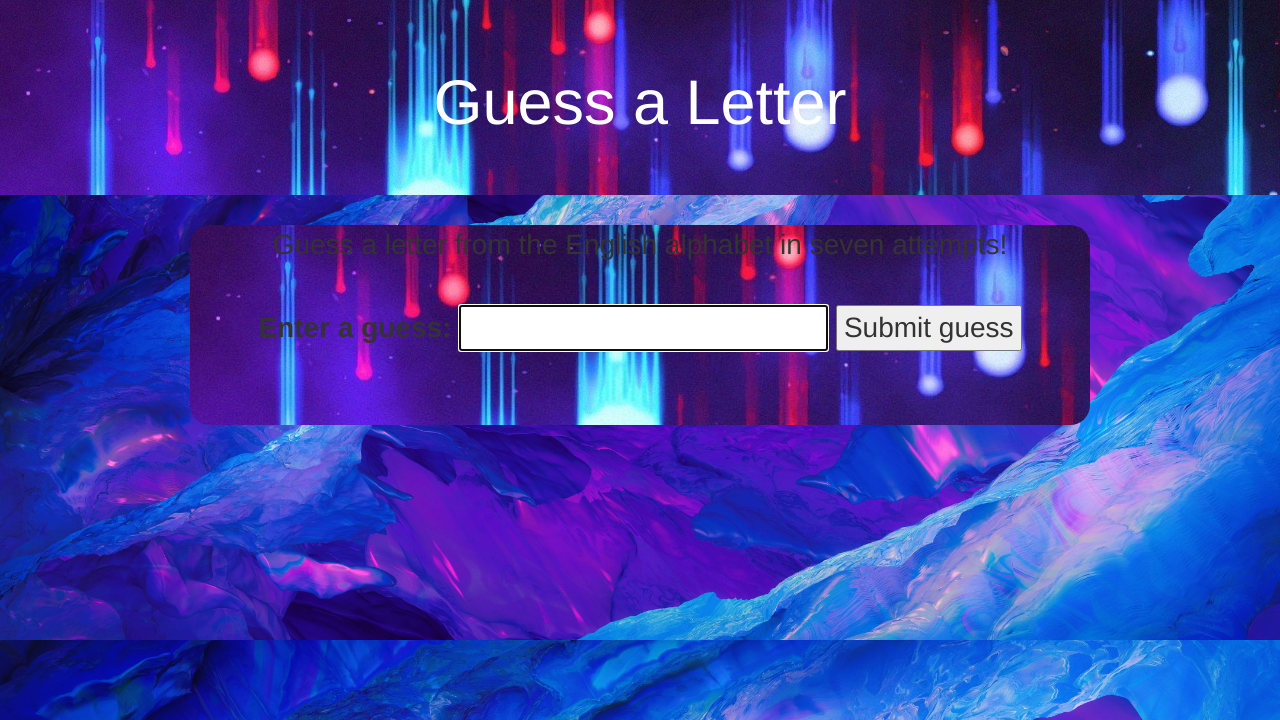
Repository: EricG831/a1
Page: a2/index.html
The author's editor kept a record of every edit. The page is drawn from the files as they stood at one moment, then again after the next edit.
The browser window is 1280 px wide. The pictures show the whole page.

Above is the page before.

After the next edit:
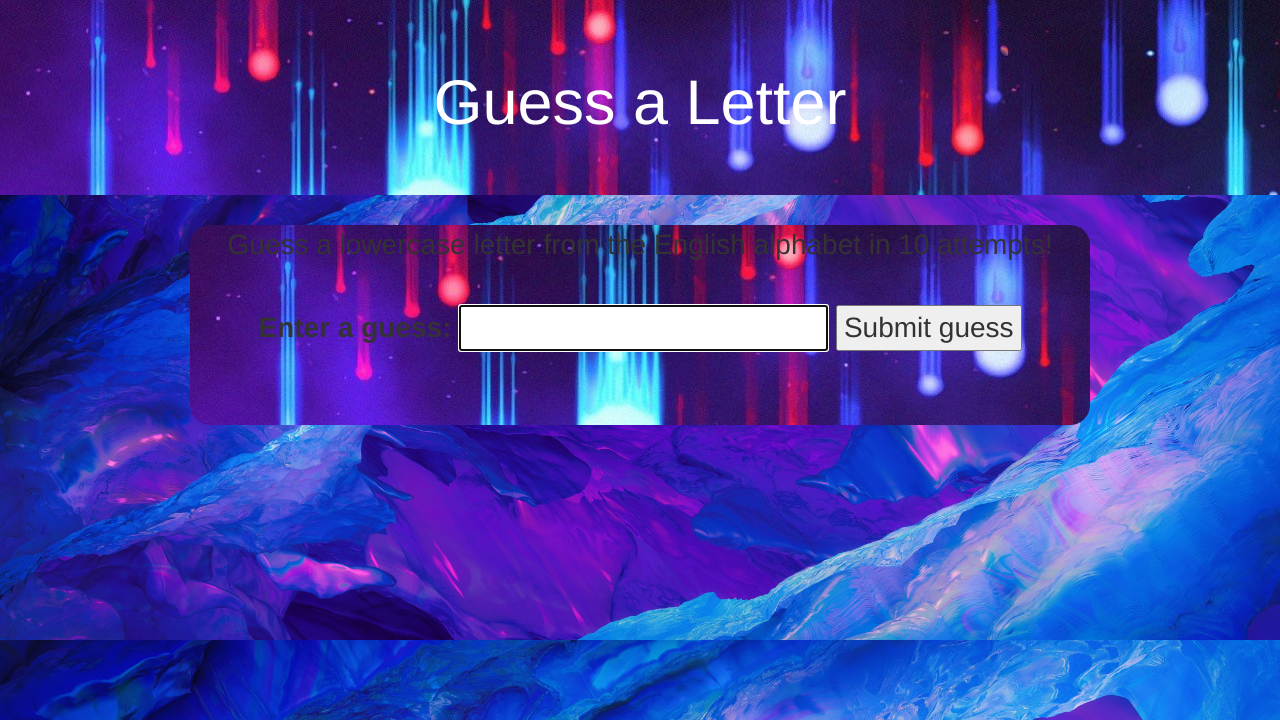
The edit:
--- a/a2/index.html
+++ b/a2/index.html
@@ -19,7 +19,7 @@
         </div>
 
         <div id="directions" class= "resultParas">
-            Guess a letter from the English alphabet in seven attempts!
+            Guess a lowercase letter from the English alphabet in 10 attempts!
 
             <br><br>
             <label for="guessField">Enter a guess: </label>
